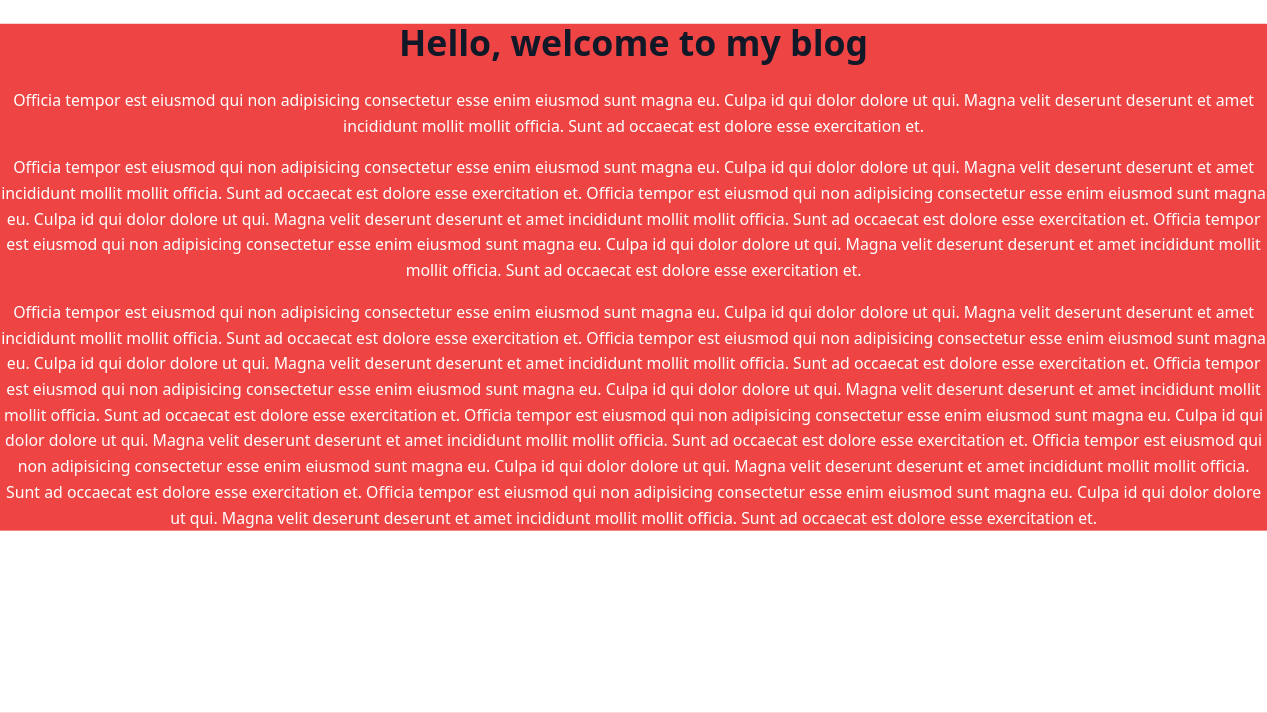
Repository: ymw0331/blog-mern-webapp
Page: / (app in client/)
The author's editor kept a copy of each file at every save. The page is drawn from the files as they stood at one save, then again after the next save.
The browser window is 1280 px wide. The pictures show the whole page, at 99% of full size.
The project was rebuilt for these pictures with package versions that can differ from the ones it lists, and the page was loaded fresh each time.

Above is the page before, as saved 2022-12-10 19:30:14.

### client/src/App.js
import Home from './pages/Home';

function App() {
  return (
    <div className='bg-red-500 text-center text-white'>
      <Home />
    </div>
  );
}

export default App;

### client/src/pages/Home.js
import React from 'react';

const Home = () => {
  return (
    <div className='mb-20'>
      <h1 className='sm:text-4xl text-2xl font-bold my-6 text-gray-900'>
        Hello, welcome to my blog
      </h1>
      <p className='mx-auto leading-relaxed text-base mb-4'>
        Officia tempor est eiusmod qui non adipisicing consectetur esse enim
        eiusmod sunt magna eu. Culpa id qui dolor dolore ut qui. Magna velit
        deserunt deserunt et amet incididunt mollit mollit officia. Sunt ad
        occaecat est dolore esse exercitation et.
      </p>
      <p className='mx-auto leading-relaxed text-base mb-4'>
        Officia tempor est eiusmod qui non adipisicing consectetur esse enim
        eiusmod sunt magna eu. Culpa id qui dolor dolore ut qui. Magna velit
        deserunt deserunt et amet incididunt mollit mollit officia. Sunt ad
        occaecat est dolore esse exercitation et. Officia tempor est eiusmod qui
        non adipisicing consectetur esse enim eiusmod sunt magna eu. Culpa id
        qui dolor dolore ut qui. Magna velit deserunt deserunt et amet
        incididunt mollit mollit officia. Sunt ad occaecat est dolore esse
        exercitation et. Officia tempor est eiusmod qui non adipisicing
        consectetur esse enim eiusmod sunt magna eu. Culpa id qui dolor dolore
        ut qui. Magna velit deserunt deserunt et amet incididunt mollit mollit
        officia. Sunt ad occaecat est dolore esse exercitation et.
      </p>
      <p className='mx-auto leading-relaxed text-base mb-4'>
        Officia tempor est eiusmod qui non adipisicing consectetur esse enim
        eiusmod sunt magna eu. Culpa id qui dolor dolore ut qui. Magna velit
        deserunt deserunt et amet incididunt mollit mollit officia. Sunt ad
        occaecat est dolore esse exercitation et. Officia tempor est eiusmod qui
        non adipisicing consectetur esse enim eiusmod sunt magna eu. Culpa id
        qui dolor dolore ut qui. Magna velit deserunt deserunt et amet
        incididunt mollit mollit officia. Sunt ad occaecat est dolore esse
        exercitation et. Officia tempor est eiusmod qui non adipisicing
        consectetur esse enim eiusmod sunt magna eu. Culpa id qui dolor dolore
        ut qui. Magna velit deserunt deserunt et amet incididunt mollit mollit
        officia. Sunt ad occaecat est dolore esse exercitation et. Officia
        tempor est eiusmod qui non adipisicing consectetur esse enim eiusmod
        sunt magna eu. Culpa id qui dolor dolore ut qui. Magna velit deserunt
        deserunt et amet incididunt mollit mollit officia. Sunt ad occaecat est
        dolore esse exercitation et. Officia tempor est eiusmod qui non
        adipisicing consectetur esse enim eiusmod sunt magna eu. Culpa id qui
        dolor dolore ut qui. Magna velit deserunt deserunt et amet incididunt
        mollit mollit officia. Sunt ad occaecat est dolore esse exercitation et.
        Officia tempor est eiusmod qui non adipisicing consectetur esse enim
        eiusmod sunt magna eu. Culpa id qui dolor dolore ut qui. Magna velit
        deserunt deserunt et amet incididunt mollit mollit officia. Sunt ad
        occaecat est dolore esse exercitation et.
      </p>
    </div>
  );
};

export default Home;

Loaded but not shown: client/public/index.html (common file); client/src/index.js (common file); client/src/index.css (common file); client/src/reportWebVitals.js (common file); client/tailwind.config.js (common file)

After the next save:
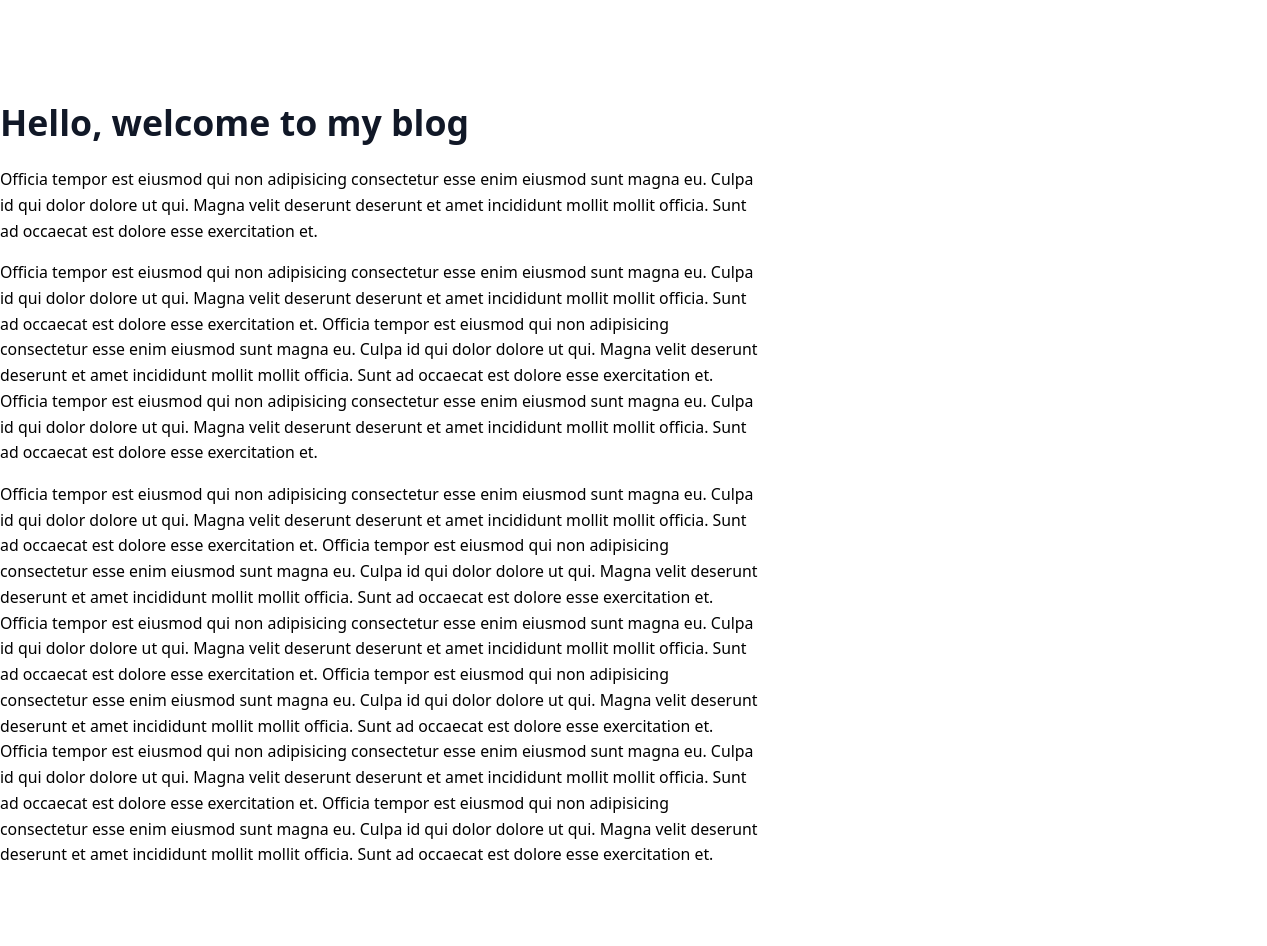
Saved 15 s later.
--- a/client/src/App.js
+++ b/client/src/App.js
@@ -2,7 +2,7 @@ import Home from './pages/Home';
 
 function App() {
   return (
-    <div className='bg-red-500 text-center text-white'>
+    <div className='max-w-screen-md max-auto pt-20'>
       <Home />
     </div>
   );
